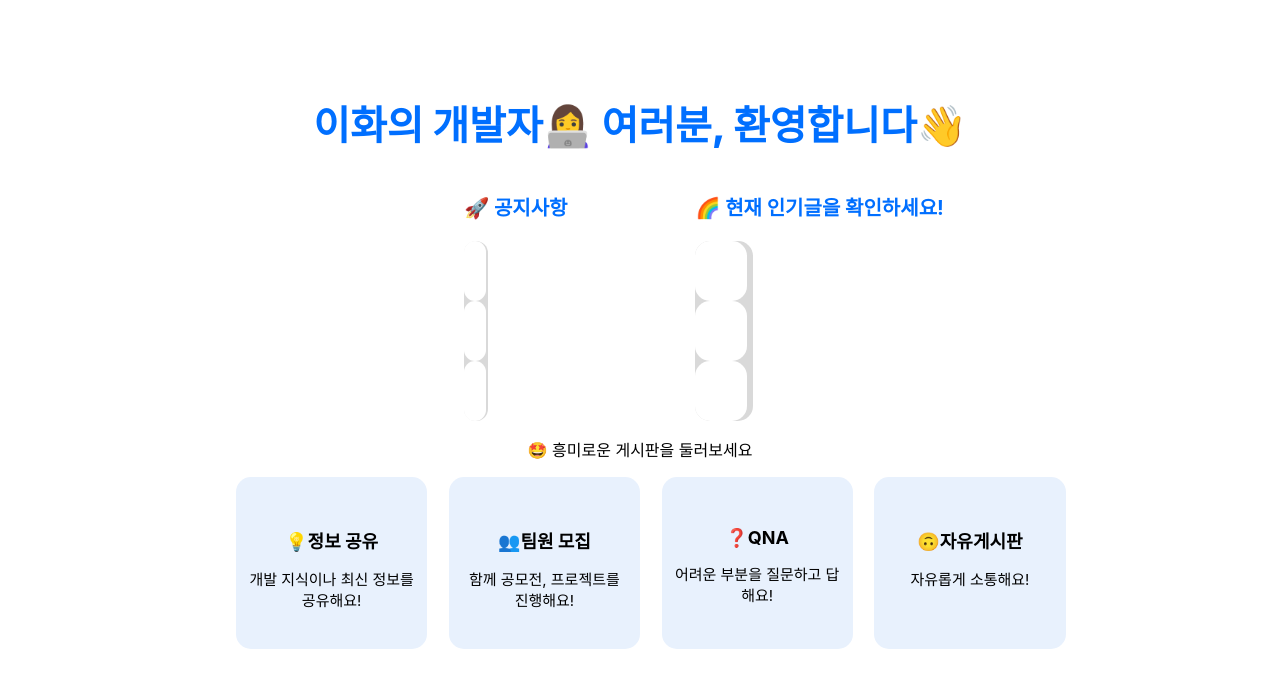
Repository: TeamCosine/Front
Page: /home
An editor plug-in stored every save of this project. The page is shown before and after the next save, followed by the edit.
The browser window is 1280 px wide. The pictures show the whole page.
The project was rebuilt for these pictures with package versions that can differ from the ones it lists, and the page was loaded fresh each time. Also part of the build but not shown: src/pages/Profile.js, src/pages/Login.js, src/components/MyInfo/Card.js, src/pages/MyInfo.js, src/pages/Write.js, src/components/common/Title.js, src/pages/Qna.js, src/pages/Invite.js.

Above is the page before, as saved 2023-07-15 21:59:30.

### src/App.js
import React from 'react';
import './App.css';

import {BrowserRouter, Routes, Route} from 'react-router-dom';
import Home from './pages/Home';
import Profile from './pages/Profile';
import Login from './pages/Login';
import MyInfo from './pages/MyInfo';
import Write from './pages/Write';
import Qna from './pages/Qna';
import Invite from './pages/Invite';

function App() {
  return (
    <BrowserRouter>
    <div className="App">
      <Routes>
        <Route path = "/" element={<Login/>}/>
        <Route path = "/profile" element={<Profile/>}/>
        <Route path = "/myinfo" element = {<MyInfo/>} />
        <Route path = "/Write" element = {<Write/>} />
        <Route path = "/Qna" element={<Qna/>}/>
        <Route path = "/home" element = {< Home/>}/>
        <Route path = "/invite" element={<Invite/>}/>

      </Routes>
    </div>
    </BrowserRouter>
  );
}

export default App;

### src/pages/Home.js
//메인 페이지
import React from "react";
import styled from "styled-components";
import Card from "../components/home/Card";

const Box = styled.div`
   display: flex;
   flex-direction: column;
   align-items: center;
   justify-content: center;
`;

const Title = styled.div`
    margin-top: 13vh;
    font-size: 40px;
    text-align: center;
    font-weight: 800;
    display: flex;
    color : #006fff;

`;
const Row = styled.div`
   flex-direction: column;
   display: flex;
   margin-left: 10vw;

`;
const Container = styled.div`
   background-color: #D9D9D9;
   border-radius: 15px;
   width : 23%;
   flex-direction: column;
   justify-content: center;
   align-items: center;

`;
const HomeContainer = styled.div`
   display: flex;
   flex-direction: row;
   margin-top: 20px;
   justify-content: center;
   justify-items: center;


`;
const Menu = styled.div``;
const MenuContainer=styled.div`
   display: flex;
   flex-direction: row;
   justify-items: center;
   text-align: center;
`;
const MenuItem = styled.div`
   background-color: #E8F1FD;
   padding-top :2rem;
   padding-bottom : 2rem;
   border-radius: 15px;
   width : 23vh;
   height : 15vh;
   margin-left: 3vh;
   padding-left: 1vw;
   padding-right: 1vw;
`;

const Home = () =>{
    return (

        <Box>


          <Title>이화의 개발자👩‍💻 여러분, 환영합니다👋</Title>
          <HomeContainer>
          <Row>
            <p style={{color:"#006FFF", fontWeight:"bold", fontSize:"20px"}}>🚀 공지사항</p>
            <Container>
                <Card/>
                <Card/>
                <Card/>

            </Container>
          </Row>
          <Row>
            <p style={{color:"#006FFF", fontWeight:"bold", fontSize:"20px"}}>🌈 현재 인기글을 확인하세요!</p>
            <Container>
                <Card />
                <Card />
                <Card />

            </Container>
          </Row>
          </HomeContainer>
          <Menu>
            <p>🤩 흥미로운 게시판을 둘러보세요</p>
            <MenuContainer>
                <MenuItem>
                   <p style={{color :"black", fontSize:"18px", marginBottom:"0.5vh", fontWeight:"bold"}}>💡정보 공유</p>
                  <p style={{fontSize:"15px"}}>개발 지식이나 최신 정보를 공유해요!</p>
               </MenuItem>
                <MenuItem >
                  <p style={{color :"black", fontSize:"18px", marginBottom:"0.5vh", fontWeight:"bold"}}>👥팀원 모집</p>
                  <p style={{fontSize:"15px"}}>함께 공모전, 프로젝트를 진행해요!</p>
                </MenuItem>
                <MenuItem>
                  <p style={{color :"black", fontSize:"18px", marginBottom:"0.5vh", fontWeight:"bold"}}>❓QNA</p>
                  <p style={{fontSize:"15px"}}>어려운 부분을 질문하고 답해요!</p>
                </MenuItem>
                <MenuItem><p style={{color :"black", fontSize:"18px", marginBottom:"0.5vh", fontWeight:"bold"}}>🙃자유게시판</p><p style={{fontSize:"15px"}}>자유롭게 소통해요!</p></MenuItem>

            </MenuContainer>

          </Menu>

        </Box>
    )

}

export default Home;

### src/components/home/Card.js
import React from "react";
import styled from "styled-components";

const Container = styled.div`
   border-radius: 15px;
   width : 90%;
   height : 60px;
   background-color: white;
   color : black;
`;

const Card = () =>{

    return (
        <Container>

        </Container>
    )

}

export default Card;

Loaded but not shown: public/index.html (common file); src/index.js (common file); src/index.css (common file); src/reportWebVitals.js (common file); src/App.css (common file)

After the next save:
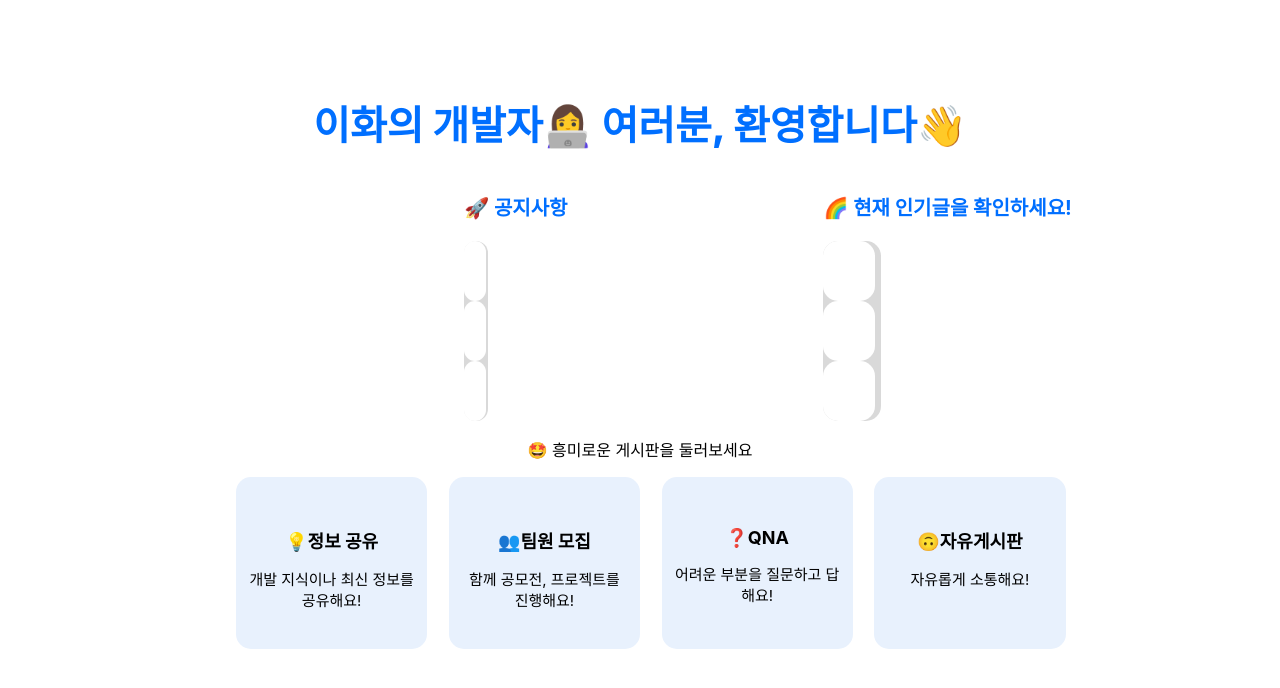
Saved 14 s later.
--- a/src/pages/Home.js
+++ b/src/pages/Home.js
@@ -22,7 +22,7 @@
 const Row = styled.div`
    flex-direction: column;
    display: flex;
-   margin-left: 10vw;
+   margin-left: 20vw;
 
 `;
 const Container = styled.div`

After the save that followed:
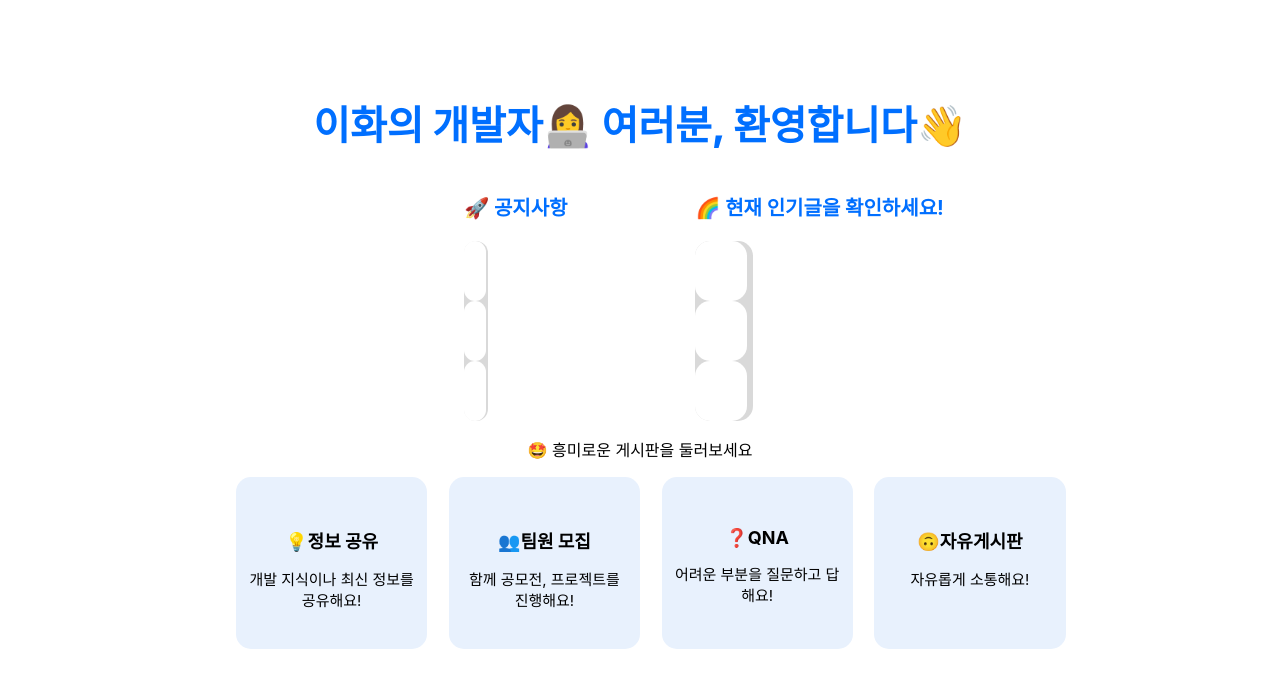
Saved 13 s later.
--- a/src/pages/Home.js
+++ b/src/pages/Home.js
@@ -22,7 +22,7 @@
 const Row = styled.div`
    flex-direction: column;
    display: flex;
-   margin-left: 20vw;
+   margin-left: 10vw;
 
 `;
 const Container = styled.div`
